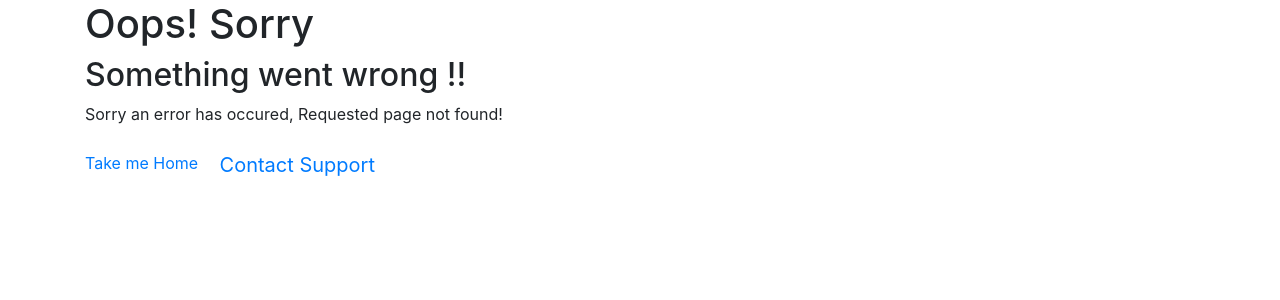
Repository: GovindParve/spring_mvc_maven_search_project
Page: http://localhost/springmvcsearch/WEB-INF/views/null_page.jsp
An editor plug-in stored every save of this project. The page is shown before and after the next save, followed by the edit.
The browser window is 1280 px wide. The pictures show the whole page.
Some web libraries are served in a nearby version. The page is served by Tomcat 9. Nobody is signed in. The template is opened directly, without the code that normally fills it, so the values that code supplies are empty.

Above is the page before, as saved 2023-06-18 18:02:44.

After the next save:
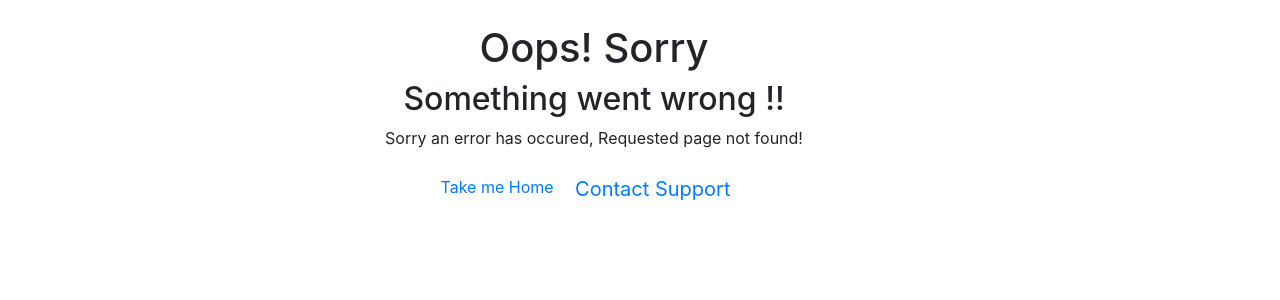
Saved 11 s later.
--- a/springmvcsearch/src/main/webapp/WEB-INF/views/null_page.jsp
+++ b/springmvcsearch/src/main/webapp/WEB-INF/views/null_page.jsp
@@ -29,7 +29,7 @@
 </head>
 <body>
 <%--   	<img alt="my image" src="<c:url value="/resources/image/tiger1.jpg" />"> --%>
-    <div class="container class="align-center m-4">
+    <div class="container text-center m-4">
     	<h1>Oops! Sorry</h1>
     	<h2>Something went wrong !!</h2>
     	<div class="error-details">
